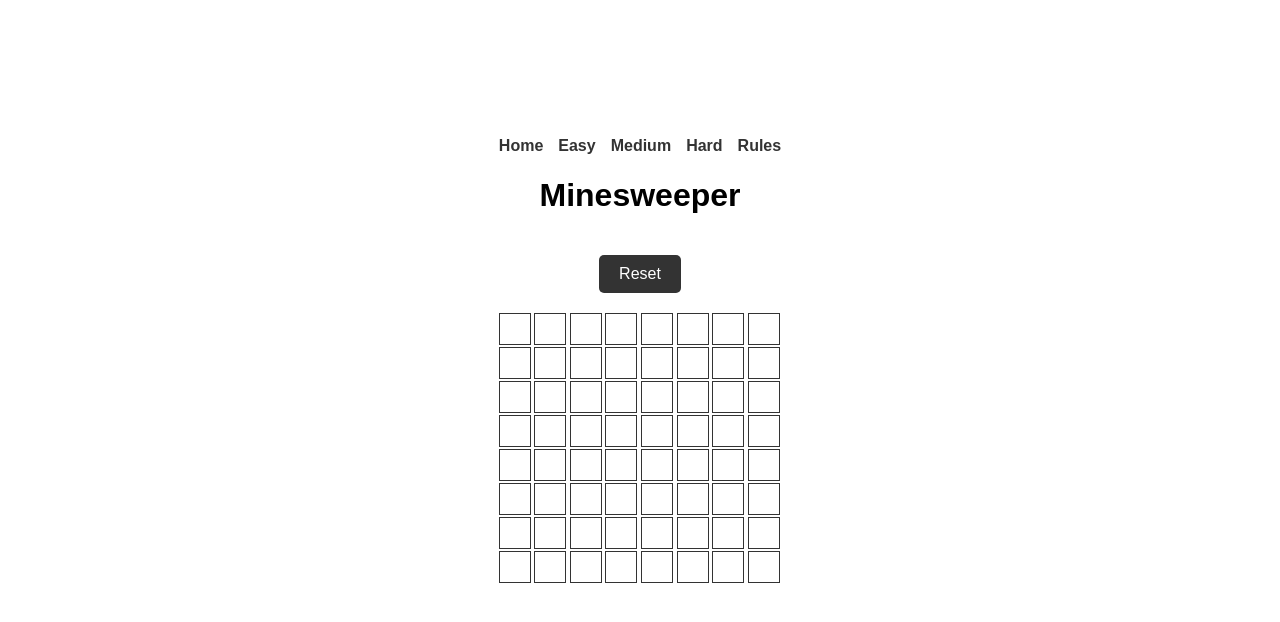
Repository: liwingy/-WingYee-_-Li-project2
Page: /game/easy (app in minesweeper/)
An editor plug-in stored every save of this project. The page is shown before and after the next save, followed by the edit.
The browser window is 1280 px wide. The pictures show the whole page.
The project was rebuilt for these pictures with package versions that can differ from the ones it lists, and the page was loaded fresh each time. Also part of the build but not shown: minesweeper/src/views/Homepage.js, minesweeper/src/views/Rules.js.

Above is the page before, as saved 2024-11-11 14:44:31.

### minesweeper/src/App.js
import './styles.css';
import { BrowserRouter as Router, Routes, Route, Link } from 'react-router-dom';
import Homepage from './views/Homepage';
import Game from './views/Game';
import Rules from './views/Rules';

function App() {
  return (
    <Router>
      <nav>
        <Link to="/">Home</Link>
        <Link to="/game/easy">Easy</Link>
        <Link to="/game/medium">Medium</Link>
        <Link to="/game/hard">Hard</Link>
        <Link to="/rules">Rules</Link>
      </nav>
      <Routes>
        <Route path="/" element={<Homepage />} />
        <Route path="/game/:difficulty" element={<Game />} />
        <Route path="/rules" element={<Rules />} />
      </Routes>
    </Router>
  );
}

export default App;

### minesweeper/src/styles.css
/* General Styles */
body, html {
  display: flex;
  justify-content: center;
  align-items: center;
  height: 100vh;
  margin: 0;
  font-family: Arial, sans-serif;
  text-align: center;
}

/* Main Container */
.main-container {
  display: flex;
  flex-direction: column;
  align-items: center;
  width: 100%;
  max-width: 600px;
}

/* Navbar Styling */
nav {
  display: flex;
  gap: 15px;
  margin-bottom: 20px;
  justify-content: center;
  width: 100%;
}

nav a {
  text-decoration: none;
  color: #333;
  font-weight: bold;
}

nav a:hover {
  color: #555;
}

/* Board Styling */
.board {
  display: grid;
  gap: 2px;
  justify-content: center;
  margin-top: 20px;
  /* Dynamically adjust the number of columns based on grid size */
}

/* Cell Styling */
.cell {
  width: 30px;
  height: 30px;
  border: 1px solid #333;
  display: flex;
  align-items: center;
  justify-content: center;
  font-size: 20px;
  cursor: pointer;
}

/* Revealed Cell Styling */
.cell.revealed {
  background-color: #d0d0d0;
}

/* Hover Effect for Cell */
.cell:hover {
  background-color: #e0e0e0;
}

/* Adjust the cell size for larger grids in hard mode */
.board.hard .cell {
  width: 20px;
  height: 20px;
  font-size: 16px;
}

/* Responsive adjustments for larger screens */
@media (min-width: 1024px) {
  .board.hard .cell {
    width: 25px;
    height: 25px;
    font-size: 16px;
  }
}

/* Button Styling */
button {
  margin-top: 20px;
  padding: 10px 20px;
  font-size: 16px;
  cursor: pointer;
  background-color: #333;
  color: #fff;
  border: none;
  border-radius: 5px;
}

button:hover {
  background-color: #555;
}

### minesweeper/src/views/Game.js
import React, { useState, useEffect } from 'react';
import { useParams } from 'react-router-dom';
import Cell from '../components/Cell';

function Game() {
  const { difficulty } = useParams();
  const [grid, setGrid] = useState([]);
  const [isGameOver, setIsGameOver] = useState(false);
  const [hasWon, setHasWon] = useState(false);

  // Sets up the size of the grid and the number of mines based on the selected difficulty level
  const config = {
    easy: { size: 8, mines: 10 },
    medium: { size: 16, mines: 40 },
    hard: { size: 30, mines: 99 },
  }[difficulty] || { size: 8, mines: 10 }; // Default to easy if something goes wrong

  // Reset the game every time the difficulty changes
  useEffect(() => {
    resetGame();
  }, [difficulty]);

  // Sets up a new grid and adds mines
  function initializeGrid() {
    // Create a blank grid with cells set to "not revealed" and no mines
    const emptyGrid = Array.from({ length: config.size }, () =>
      Array.from({ length: config.size }, () => ({
        isRevealed: false,
        isMine: false,
        adjacentMines: 0,
      }))
    );

    // Add mines to the grid
    placeMines(emptyGrid);
    setGrid(emptyGrid);
  }

  // Randomly add mines to cells in the grid
  function placeMines(grid) {
    let minesPlaced = 0;
    while (minesPlaced < config.mines) {
      const row = Math.floor(Math.random() * config.size);
      const col = Math.floor(Math.random() * config.size);

      // Only place a mine if there's not already one there
      if (!grid[row][col].isMine) {
        grid[row][col] = { ...grid[row][col], isMine: true };
        updateAdjacentCounts(grid, row, col); // Update nearby cells to track this new mine
        minesPlaced++;
      }
    }
  }

  // Increments the "adjacentMines" count for cells around a newly placed mine
  function updateAdjacentCounts(grid, row, col) {
    for (let r = Math.max(row - 1, 0); r <= Math.min(row + 1, config.size - 1); r++) {
      for (let c = Math.max(col - 1, 0); c <= Math.min(col + 1, config.size - 1); c++) {
        if (!grid[r][c].isMine) {
          grid[r][c].adjacentMines++;
        }
      }
    }
  }

  // Handles what happens when a player clicks a cell
  function handleClick(row, col) {
    // Do nothing if the game is already over or if the cell is already revealed
    if (isGameOver || grid[row][col].isRevealed) return;

    const newGrid = [...grid];

    // If the cell is a mine, game over!
    if (newGrid[row][col].isMine) {
      setIsGameOver(true);
      alert("Game over! You hit a bomb!");
      revealAllMines(newGrid); // Show all mines
      setGrid(newGrid);
      return;
    }

    // If it's safe, start revealing cells recursively
    revealCell(newGrid, row, col);
    setGrid(newGrid);

    // Check if all non-mine cells are revealed, meaning the player wins
    if (checkWin(newGrid)) {
      setHasWon(true);
      alert("Congratulations! You won!");
    }
  }

  // Recursive function to reveal cells with 0 adjacent mines
  function revealCell(grid, row, col) {
    if (
      row < 0 || col < 0 || row >= config.size || col >= config.size ||
      grid[row][col].isRevealed || grid[row][col].isMine
    ) {
      return; // Stop if out of bounds, already revealed, or a mine
    }

    grid[row][col].isRevealed = true;

    // If the cell has no adjacent mines, keep revealing nearby cells
    if (grid[row][col].adjacentMines === 0) {
      revealCell(grid, row - 1, col);
      revealCell(grid, row + 1, col);
      revealCell(grid, row, col - 1);
      revealCell(grid, row, col + 1);
      revealCell(grid, row - 1, col - 1);
      revealCell(grid, row - 1, col + 1);
      revealCell(grid, row + 1, col - 1);
      revealCell(grid, row + 1, col + 1);
    }
  }

  // Shows all mines when the game is over
  function revealAllMines(grid) {
    grid.forEach(row => {
      row.forEach(cell => {
        if (cell.isMine) {
          cell.isRevealed = true;
        }
      });
    });
  }

  // Checks if the player has revealed all non-mine cells
  function checkWin(grid) {
    return grid.flat().every(cell => cell.isMine || cell.isRevealed);
  }

  // Resets the game by reinitializing the grid and resetting the game state
  function resetGame() {
    setIsGameOver(false);
    setHasWon(false);
    initializeGrid();
  }

  return (
    <div>
      <h1>{isGameOver ? "Game Over" : hasWon ? "You Won!" : "Minesweeper"}</h1>
      <button onClick={resetGame}>Reset</button>
      <div className="board" style={{ gridTemplateColumns: `repeat(${config.size}, 1fr)` }}>
        {grid.map((row, rIndex) =>
          row.map((cell, cIndex) => (
            <Cell
              key={`${rIndex}-${cIndex}`}
              isRevealed={cell.isRevealed}
              isMine={cell.isMine}
              adjacentMines={cell.adjacentMines}
              onClick={() => handleClick(rIndex, cIndex)}
            />
          ))
        )}
      </div>
    </div>
  );
}

export default Game;

### minesweeper/src/components/Cell.js
import React from 'react';

function Cell({ isRevealed, isMine, adjacentMines, onClick }) {
  let content = '';
  if (isRevealed) {
    content = isMine ? '💣' : (adjacentMines > 0 ? adjacentMines : '');
  }

  return (
    <div
      className={`cell ${isRevealed ? 'revealed' : ''}`}
      onClick={onClick}
    >
      {content}
    </div>
  );
}

export default Cell;

Loaded but not shown: minesweeper/public/index.html (common file); minesweeper/src/index.js (common file)

After the next save:
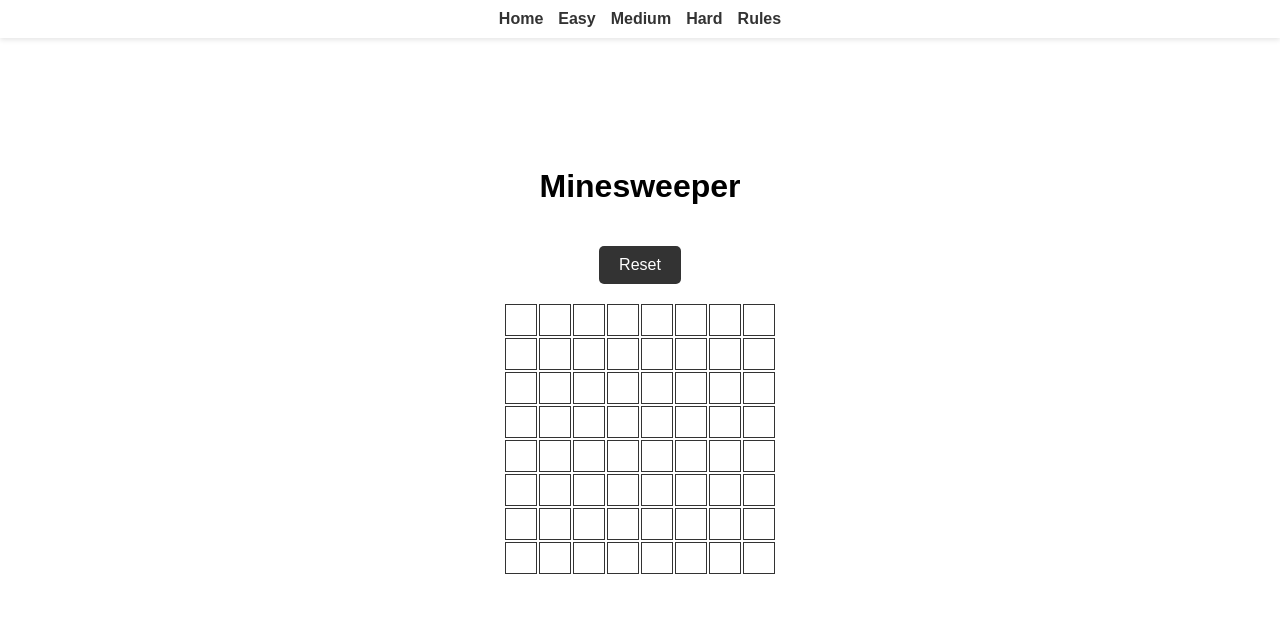
Saved 34 s later.
--- a/minesweeper/src/styles.css
+++ b/minesweeper/src/styles.css
@@ -9,22 +9,29 @@ body, html {
   text-align: center;
 }
 
-/* Main Container */
+/* Adjust main container margin to accommodate fixed navbar */
 .main-container {
   display: flex;
   flex-direction: column;
   align-items: center;
   width: 100%;
   max-width: 600px;
+  margin-top: 60px; /* Add top margin to avoid overlap with navbar */
 }
 
 /* Navbar Styling */
 nav {
+  position: fixed; /* Make the navbar fixed at the top */
+  top: 0;
+  left: 0;
+  right: 0;
   display: flex;
   gap: 15px;
-  margin-bottom: 20px;
   justify-content: center;
-  width: 100%;
+  background-color: white; /* Background color to cover content behind */
+  padding: 10px;
+  box-shadow: 0 2px 5px rgba(0, 0, 0, 0.1); /* Optional shadow for visual separation */
+  z-index: 1000; /* Ensure it stays above other content */
 }
 
 nav a {
